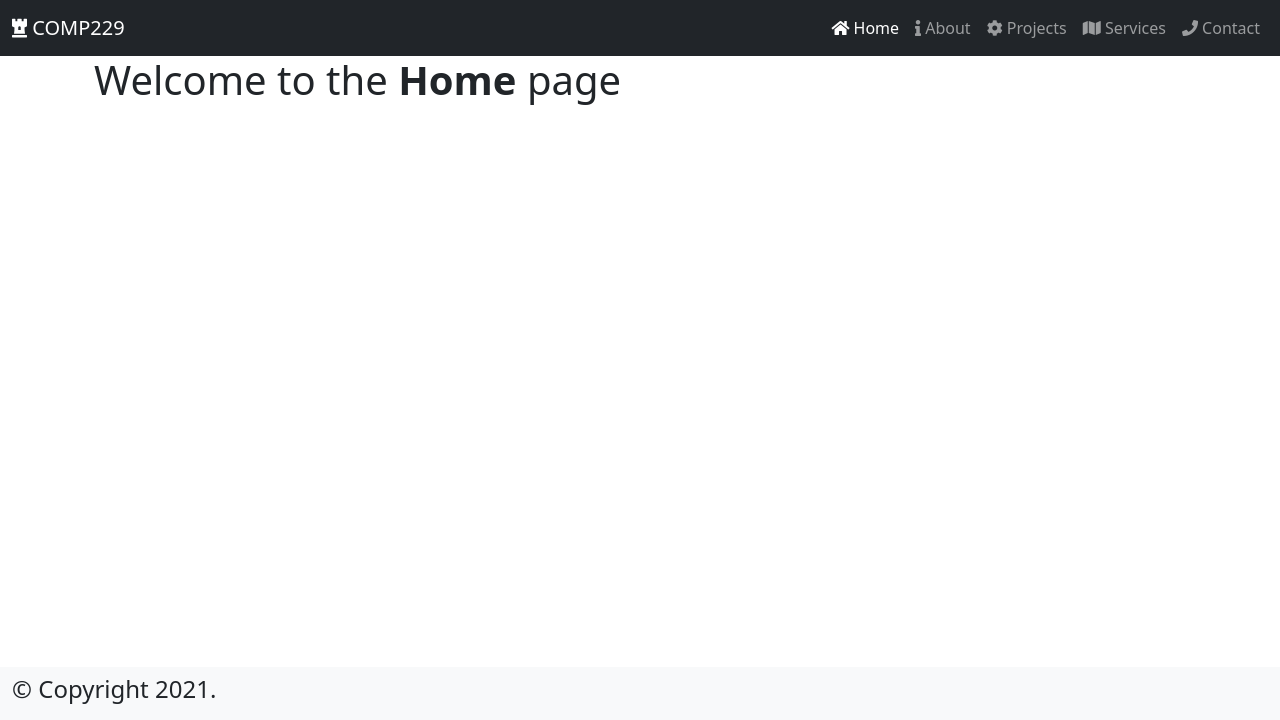
Repository: RevathyJK/Portfolio
Page: http://localhost/
An editor plug-in stored every save of this project. The page is shown before and after the next save, followed by the edit.
The browser window is 1280 px wide. The pictures show the whole page.
The page is served by the project's Node server (server.js). Other server files are loaded and not shown.

Above is the page before, as saved 2021-09-27 23:18:55.

### Server/Views/index.ejs
<!DOCTYPE html>
<html lang="en">
<head>
    <meta charset="UTF-8">
    <meta http-equiv="X-UA-Compatible" content="IE=edge">
    <meta name="viewport" content="width=device-width, initial-scale=1.0">
    <title><%= title %></title>
    <!-- CSS Section -->
    <link rel="stylesheet" href="./Content/app.css">
    <link rel="stylesheet" href="./bootstrap/dist/css/bootstrap.min.css">
    <link rel="stylesheet" href="./@fortawesome/fontawesome-free/css/all.min.css">
</head>
<body>
    <!-- Main Navigation Section -->
    <header>
      <%- include('components/header.ejs'); %>
    </header>


    <!-- Content Section -->
    <main>
      <div class="container">
        <%- include('content/' + page + '.ejs'); %>
      </div>
    </main>

    <footer>
    <%- include('components/footer.ejs'); %>
    </footer>

    <!-- JavaScript Section -->
    <script src="./jquery/dist/jquery.min.js"></script>
    <script src="./bootstrap/dist/js/bootstrap.min.js"></script>
    <script src="./@fortawesome/fontawesome-free/js/all.min.js"></script>

    <script src="./Scripts/app.js"></script>
</body>
</html>

### Server/Views/components/header.ejs
<nav class="navbar navbar-expand-lg navbar-dark bg-dark">
  <div class="container-fluid">
    <a class="navbar-brand" href="/"><i class="fas fa-chess-rook"></i> COMP229</a>
    <button class="navbar-toggler" type="button" data-bs-toggle="collapse" data-bs-target="#navbarSupportedContent" aria-controls="navbarSupportedContent" aria-expanded="false" aria-label="Toggle navigation">
      <span class="navbar-toggler-icon"></span>
    </button>
    <div class="collapse navbar-collapse" id="navbarSupportedContent">
      <ul class="navbar-nav ms-auto mb-2 mb-lg-0">
        <li class="nav-item">
          <a class="nav-link active" href="/home"><i class="fas fa-home"></i> Home</a>
        </li>
        <li class="nav-item">
          <a class="nav-link" href="/about"><i class="fas fa-info"></i> About</a>
        </li>
        <li class="nav-item">
          <a class="nav-link" href="/projects"><i class="fas fa-cog"></i> Projects</a>
        </li>
        <li class="nav-item">
          <a class="nav-link" href="/services"><i class="fas fa-map"></i> Services</a>
        </li>

        <li class="nav-item">
          <a class="nav-link" href="/contact"><i class="fas fa-phone"></i> Contact</a>
        </li>
      </ul>
    </div>
  </div>
</nav>

### Server/Views/content/home.ejs
<div class="container">
        <h1>Welcome to the <strong><%= title %></strong> page</h1>
</div>

### Server/Views/components/footer.ejs
<nav class="navbar fixed-bottom navbar-light bg-light">
    <div class="container-fluid">
        <h4>&copy; Copyright 2021.</h4>
    </div>
</nav>

### server.js
#!/usr/bin/env node
"use strict";
/**
 * Module dependencies.
 */
var __importDefault = (this && this.__importDefault) || function (mod) {
    return (mod && mod.__esModule) ? mod : { "default": mod };
};
Object.defineProperty(exports, "__esModule", { value: true });
const app_1 = __importDefault(require("./Server/Config/app"));
const debug_1 = __importDefault(require("debug"));
(0, debug_1.default)('comp229-f2021-lesson4:server');
const http_1 = __importDefault(require("http"));
/**
 * Get port from environment and store in Express.
 */
let port = normalizePort(process.env.PORT || '3000');
app_1.default.set('port', port);
/**
 * Create HTTP server.
 */
let server = http_1.default.createServer(app_1.default);
/**
 * Listen on provided port, on all network interfaces.
 */
server.listen(port);
server.on('error', onError);
server.on('listening', onListening);
/**
 * Normalize a port into a number, string, or false.
 */
function normalizePort(val) {
    let port = parseInt(val, 10);
    if (isNaN(port)) {
        // named pipe
        return val;
    }
    if (port >= 0) {
        // port number
        return port;
    }
    return false;
}
/**
 * Event listener for HTTP server "error" event.
 */
function onError(error) {
    if (error.syscall !== 'listen') {
        throw error;
    }
    let bind = typeof port === 'string'
        ? 'Pipe ' + port
        : 'Port ' + port;
    // handle specific listen errors with friendly messages
    switch (error.code) {
        case 'EACCES':
            console.error(bind + ' requires elevated privileges');
            process.exit(1);
            break;
        case 'EADDRINUSE':
            console.error(bind + ' is already in use');
            process.exit(1);
            break;
        default:
            throw error;
    }
}
/**
 * Event listener for HTTP server "listening" event.
 */
function onListening() {
    let addr = server.address();
    let bind = typeof addr === 'string'
        ? 'pipe ' + addr
        : 'port ' + addr.port;
    (0, debug_1.default)('Listening on ' + bind);
}
//# sourceMappingURL=server.js.map

### Server/Routes/index.js
"use strict";
var __importDefault = (this && this.__importDefault) || function (mod) {
    return (mod && mod.__esModule) ? mod : { "default": mod };
};
Object.defineProperty(exports, "__esModule", { value: true });
const express_1 = __importDefault(require("express"));
const router = express_1.default.Router();
exports.default = router;

/* GET home page. */
router.get('/', function (req, res, next) {
    res.render('index', { title: 'Home', page: 'home' });
});
/* GET home page. */
router.get('/home', function (req, res, next) {
    res.render('index', { title: 'Home', page: 'home' });
});
/* GET about page. */
router.get('/about', function (req, res, next) {
    res.render('index', { title: 'About Us', page: 'about' });
});
/* GET projects page. */
router.get('/projects', function (req, res, next) {
    res.render('index', { title: 'Our Projects', page: 'projects' });
});
/* GET services page. */
router.get('/services', function (req, res, next) {
    res.render('index', { title: 'Our Services', page: 'services' });
});
/* GET contact page. */
router.get('/contact', function (req, res, next) {
    res.render('index', { title: 'Contact Us', page: 'contact' });
});

//module.exports = router;
//# sourceMappingURL=index.js.map

### Client/Scripts/app.js
"use strict";
/* custom js goes here */
// IIFE - Immediately Invoked Function Expression (AKA an anonymous self-executing function)
(function () {
    function Start() {
        console.log("App Started...");
    }
    window.addEventListener("load", Start);
})();
//# sourceMappingURL=app.js.map

Loaded but not shown: Client/Content/app.css (common file)

After the next save:
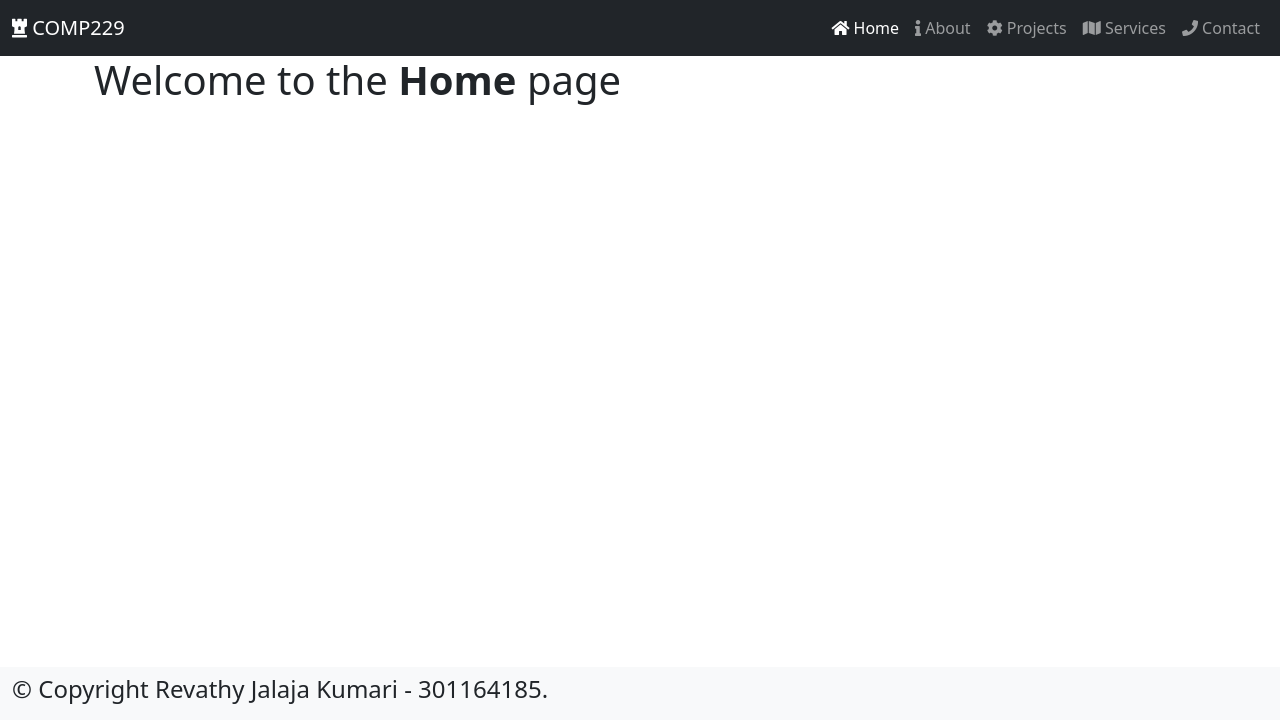
Saved 119 s later.
--- a/Server/Views/components/footer.ejs
+++ b/Server/Views/components/footer.ejs
@@ -1,5 +1,5 @@
 <nav class="navbar fixed-bottom navbar-light bg-light">
     <div class="container-fluid">
-        <h4>&copy; Copyright 2021.</h4>
+        <h4>&copy; Copyright Revathy Jalaja Kumari - 301164185.</h4>
     </div>
 </nav>
